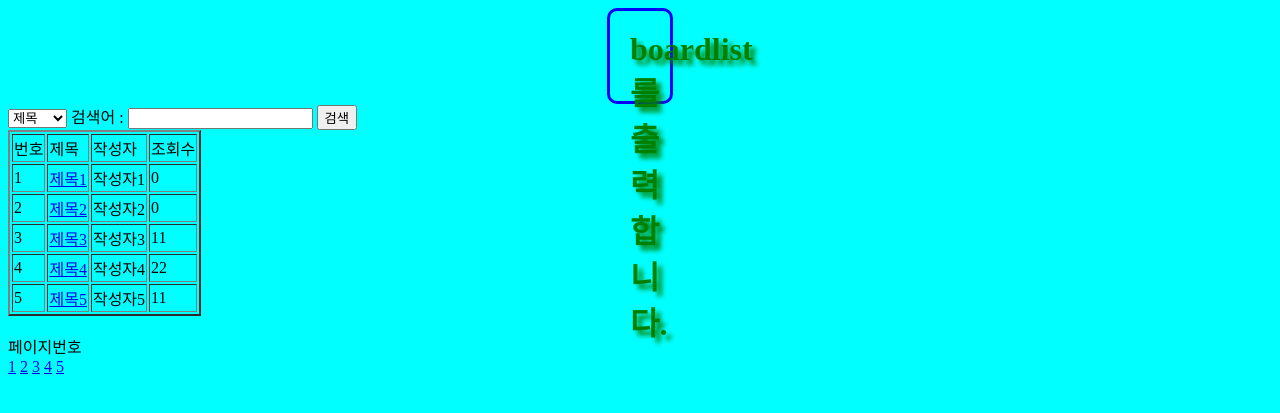
Repository: Pang-Ho/TIL
Page: JavaScript/workspace_web/htmltest/WebContent/boardlist.html
The author's editor kept a copy of each file at every save. The page is drawn from the files as they stood at one save, then again after the next save.
The browser window is 1280 px wide. The pictures show the whole page.

Above is the page before, as saved 2021-08-20 08:38:08.

### JavaScript/workspace_web/htmltest/WebContent/boardlist.html
<!DOCTYPE html>
<html>
<head>
<meta charset="UTF-8">
<title>Insert title here</title>
<style type="text/css">
	body{
	background-color: aqua;
	}
	h1{
	color : green;
	width : 20px;
	text-shadow : 5px 5px 5px green;
	height : 50px;
	padding : 20px;
	border : solid blue;
	border-radius: 10px 10px 10px 10px;
	margin:auto;
	}
</style>

</head>
<body>
	<h1>boardlist를 출력합니다.</h1>
	<form action="boardsearch.html">
		<select>
			<option>제목</option>
			<option>내용</option>
			<option>작성자</option>
		</select>
		검색어 : <input type="search">
		<input type="submit" value=검색>
	</form>
	<table border=2>
		<tr> <td>번호</td> <td>제목</td> <td>작성자</td> <td>조회수</td> </tr>
		<tr> <td>1</td> <td><a href="boarddetail.html">제목1</a></td> <td>작성자1</td> <td>0</td> </tr>
		<tr> <td>2</td> <td><a href="boarddetail.html">제목2</a></td> <td>작성자2</td> <td>0</td> </tr>
		<tr> <td>3</td> <td><a href="boarddetail.html">제목3</a></td> <td>작성자3</td> <td>11</td> </tr>
		<tr> <td>4</td> <td><a href="boarddetail.html">제목4</a></td> <td>작성자4</td> <td>22</td> </tr>
		<tr> <td>5</td> <td><a href="boarddetail.html">제목5</a></td> <td>작성자5</td> <td>11</td> </tr>
	</table>
	<br>페이지번호<br>
	<a href="boardlist.html">1</a>
	<a href="boardlist.html">2</a>
	<a href="boardlist.html">3</a>
	<a href="boardlist.html">4</a>
	<a href="boardlist.html">5</a>

</body>
</html>

After the next save:
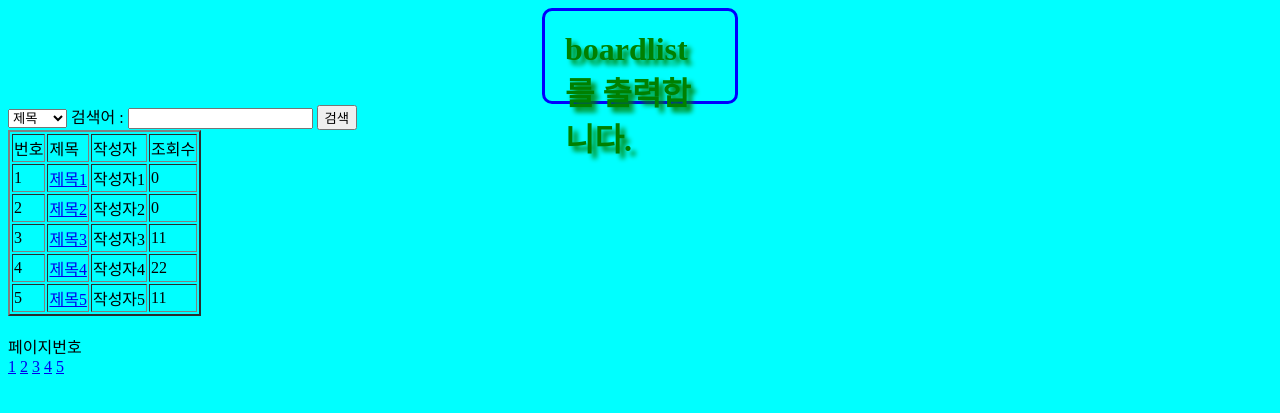
Saved 8 s later.
--- a/JavaScript/workspace_web/htmltest/WebContent/boardlist.html
+++ b/JavaScript/workspace_web/htmltest/WebContent/boardlist.html
@@ -9,7 +9,7 @@
 	}
 	h1{
 	color : green;
-	width : 20px;
+	width : 150px;
 	text-shadow : 5px 5px 5px green;
 	height : 50px;
 	padding : 20px;
